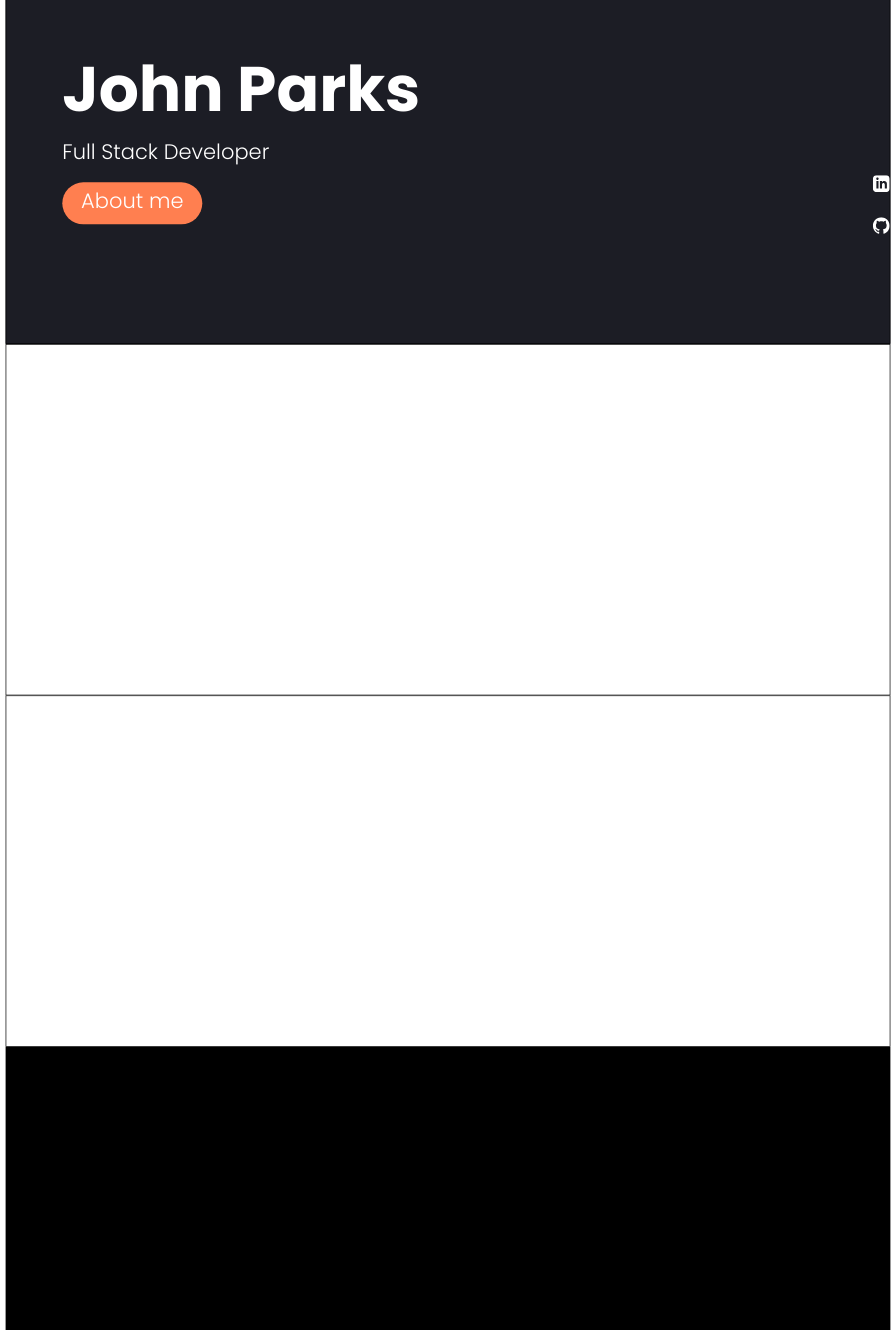
Repository: Jcparks84/Portfolio
Page: index.html
These files come from the project's save history. The page is drawn as it stood at one moment and after a run of saves; the edit follows.
The browser window is 1280 px wide. The pictures show the part of the page from y = 239 to 2139 px (the page is 2242 px tall), at 70% of full size.
A picture or video elsewhere on the page could not be fetched, so the positions and the page height are approximate.

Above is the page before, as saved 2022-08-10 15:10:54.

After the next 2 saves:
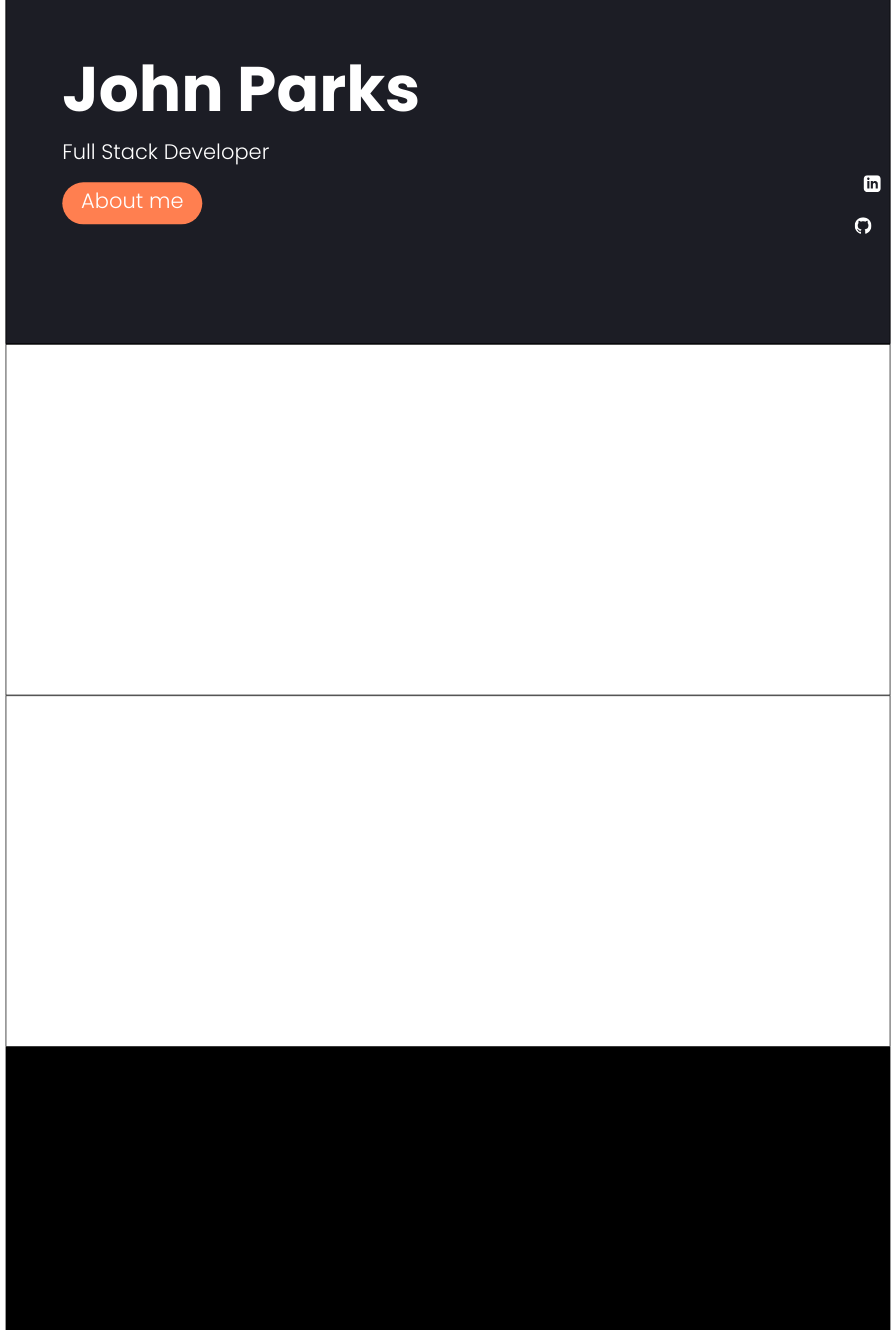
The 2 saves are shown as one change because they came seconds apart.
The last was saved 81 s later.
--- a/index.html
+++ b/index.html
@@ -26,7 +26,7 @@
             </div>
             <div class="socials">
                 <div>
-                    <svg xmlns="http://www.w3.org/2000/svg" fill="#ffffff" width="24" height="24" viewBox="0 0 24 24"><path d="M19 0h-14c-2.761 0-5 2.239-5 5v14c0 2.761 2.239 5 5 5h14c2.762 0 5-2.239 5-5v-14c0-2.761-2.238-5-5-5zm-11 19h-3v-11h3v11zm-1.5-12.268c-.966 0-1.75-.79-1.75-1.764s.784-1.764 1.75-1.764 1.75.79 1.75 1.764-.783 1.764-1.75 1.764zm13.5 12.268h-3v-5.604c0-3.368-4-3.113-4 0v5.604h-3v-11h3v1.765c1.396-2.586 7-2.777 7 2.476v6.759z"/></svg>
+                    <svg xmlns="http://www.w3.org/2000/svg" fill="#ffffff" width="50" height="24" viewBox="0 0 24 24"><path d="M19 0h-14c-2.761 0-5 2.239-5 5v14c0 2.761 2.239 5 5 5h14c2.762 0 5-2.239 5-5v-14c0-2.761-2.238-5-5-5zm-11 19h-3v-11h3v11zm-1.5-12.268c-.966 0-1.75-.79-1.75-1.764s.784-1.764 1.75-1.764 1.75.79 1.75 1.764-.783 1.764-1.75 1.764zm13.5 12.268h-3v-5.604c0-3.368-4-3.113-4 0v5.604h-3v-11h3v1.765c1.396-2.586 7-2.777 7 2.476v6.759z"/></svg>
                 </div>
                 <div>
                     <svg xmlns="http://www.w3.org/2000/svg" fill="#ffffff" width="24" height="24" viewBox="0 0 24 24"><path d="M12 0c-6.626 0-12 5.373-12 12 0 5.302 3.438 9.8 8.207 11.387.599.111.793-.261.793-.577v-2.234c-3.338.726-4.033-1.416-4.033-1.416-.546-1.387-1.333-1.756-1.333-1.756-1.089-.745.083-.729.083-.729 1.205.084 1.839 1.237 1.839 1.237 1.07 1.834 2.807 1.304 3.492.997.107-.775.418-1.305.762-1.604-2.665-.305-5.467-1.334-5.467-5.931 0-1.311.469-2.381 1.236-3.221-.124-.303-.535-1.524.117-3.176 0 0 1.008-.322 3.301 1.23.957-.266 1.983-.399 3.003-.404 1.02.005 2.047.138 3.006.404 2.291-1.552 3.297-1.23 3.297-1.23.653 1.653.242 2.874.118 3.176.77.84 1.235 1.911 1.235 3.221 0 4.609-2.807 5.624-5.479 5.921.43.372.823 1.102.823 2.222v3.293c0 .319.192.694.801.576 4.765-1.589 8.199-6.086 8.199-11.386 0-6.627-5.373-12-12-12z"/></svg>
